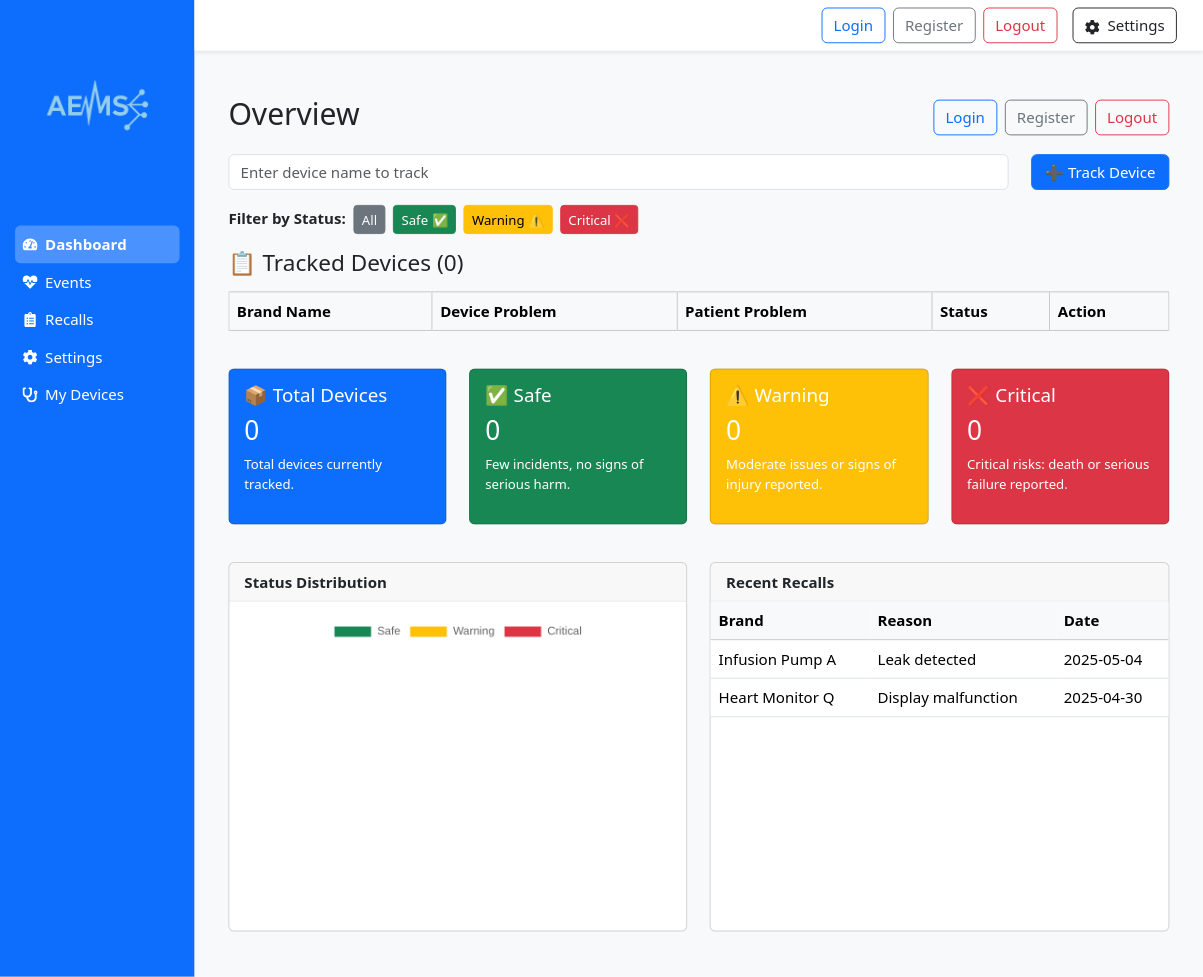
Repository: Sarary2/AEMS_2MVP
Page: / (app in frontend/AEMS/)
These files come from the project's save history. The page is drawn as it stood at one moment and after the next save; the edit follows.
The browser window is 1280 px wide. The pictures show the whole page, at 94% of full size.
The page's requests for data from a server got no answer. The project was rebuilt for these pictures with package versions that can differ from the ones it lists, and the page was loaded fresh each time. No one was signed in, and anything a server would have sent is missing. Also part of the build but not shown: frontend/AEMS/vite.config.js, frontend/AEMS/src/components/DeviceRow.jsx, frontend/AEMS/src/pages/Events.jsx, frontend/AEMS/src/firebase.js, frontend/AEMS/src/pages/Login.jsx, frontend/AEMS/src/pages/Register.jsx, frontend/AEMS/src/utils/fetchRecalls.js, frontend/AEMS/src/pages/Recalls.jsx and 2 more.

Above is the page before, as saved 2025-05-06 14:37:01.

After the next save:
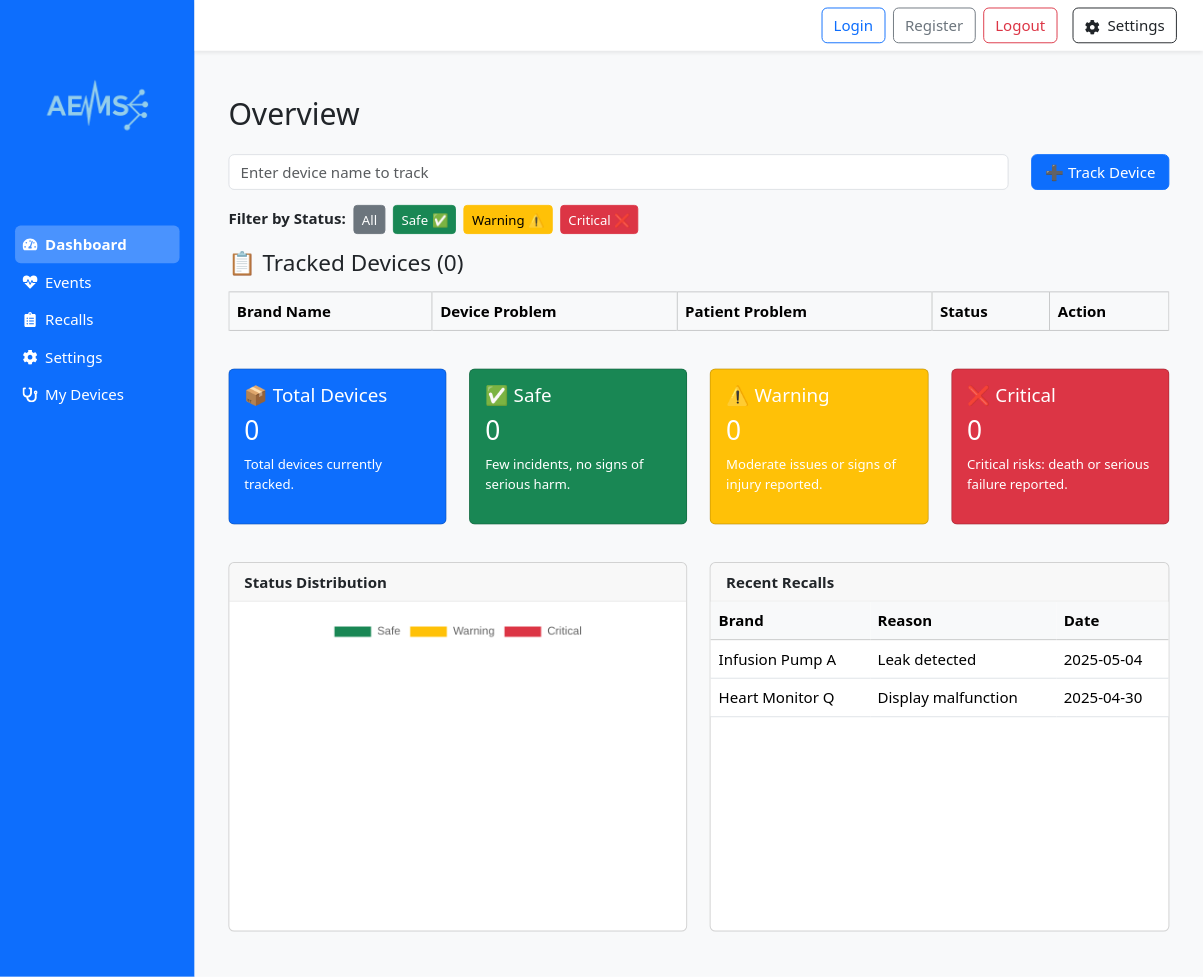
Saved 2 min 6 s later.
--- a/frontend/AEMS/src/pages/Dashboard.jsx
+++ b/frontend/AEMS/src/pages/Dashboard.jsx
@@ -1,5 +1,4 @@
 import { useEffect, useState } from 'react';
-import { useNavigate } from 'react-router-dom';
 import StatCard from '../components/StatCard';
 import DeviceRow from '../components/DeviceRow';
 import StatusChart from '../components/StatusChart';
@@ -12,9 +11,7 @@ export default function Dashboard() {
     JSON.parse(localStorage.getItem('trackedDevices') || '[]')
   );
   const [deviceInput, setDeviceInput] = useState('');
-  const navigate = useNavigate();
 
-  // Fetch data
   useEffect(() => {
     fetch('http://localhost:5001/api/devices/all')
       .then(res => res.json())
@@ -22,7 +19,6 @@ export default function Dashboard() {
       .catch(err => console.error('Failed to fetch devices', err));
   }, []);
 
-  // Tracking
   const handleTrackAdd = () => {
     const input = deviceInput.trim().toLowerCase();
     if (!input || tracked.includes(input)) return;
@@ -40,7 +36,6 @@ export default function Dashboard() {
     localStorage.setItem('trackedDevices', JSON.stringify(updated));
   };
 
-  // Match devices
   const matchedTrackedDevices = devices.filter(d =>
     tracked.some(t => d.brandName.toLowerCase().includes(t))
   );
@@ -49,7 +44,6 @@ export default function Dashboard() {
     ? matchedTrackedDevices
     : matchedTrackedDevices.filter(d => d.status === filter);
 
-  // Status logic
   const getStatusCounts = () => {
     const safe = matchedTrackedDevices.filter(d => d.status === 'Safe').length;
     const warning = matchedTrackedDevices.filter(d => d.status === 'Warning').length;
@@ -80,11 +74,6 @@ export default function Dashboard() {
       {/* Header */}
       <div className="d-flex justify-content-between align-items-center mt-4 mb-3">
         <h2>Overview</h2>
-        <div>
-          <button className="btn btn-outline-primary me-2" onClick={() => navigate('/login')}>Login</button>
-          <button className="btn btn-outline-secondary me-2" onClick={() => navigate('/register')}>Register</button>
-          <button className="btn btn-outline-danger" onClick={() => alert('🔒 Logged out')}>Logout</button>
-        </div>
       </div>
 
       {/* Add Device */}
